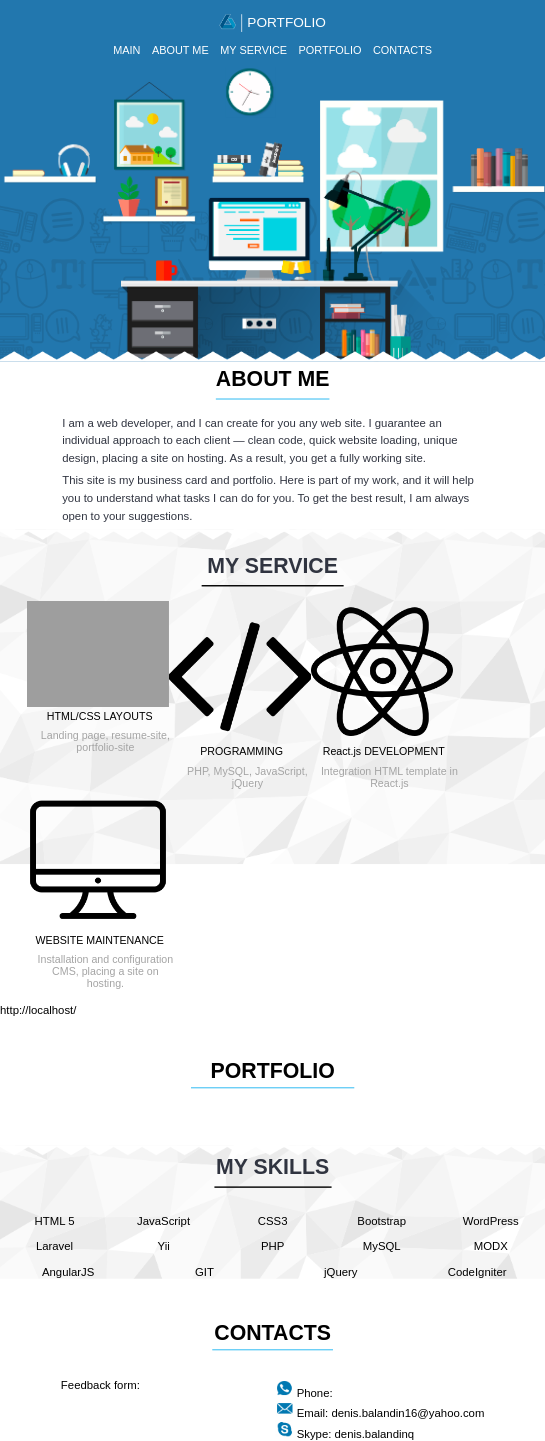
Repository: DenisBalandin/Portfolio
Page: /
The author's editor kept a copy of each file at every save. The page is drawn from the files as they stood at one save, then again after the next save.
The browser window is 768 px wide. The pictures show the whole page, at 71% of full size.
Pictures or frames that could not be fetched are drawn as grey boxes. The page's requests for data from a server got no answer. The project was rebuilt for these pictures with package versions that can differ from the ones it lists, and the page was loaded fresh each time. No one was signed in, and anything a server would have sent is missing. Also part of the build but not shown: src/ItemPage.js.

Above is the page before, as saved 2020-03-07 16:14:20.

After the next save:
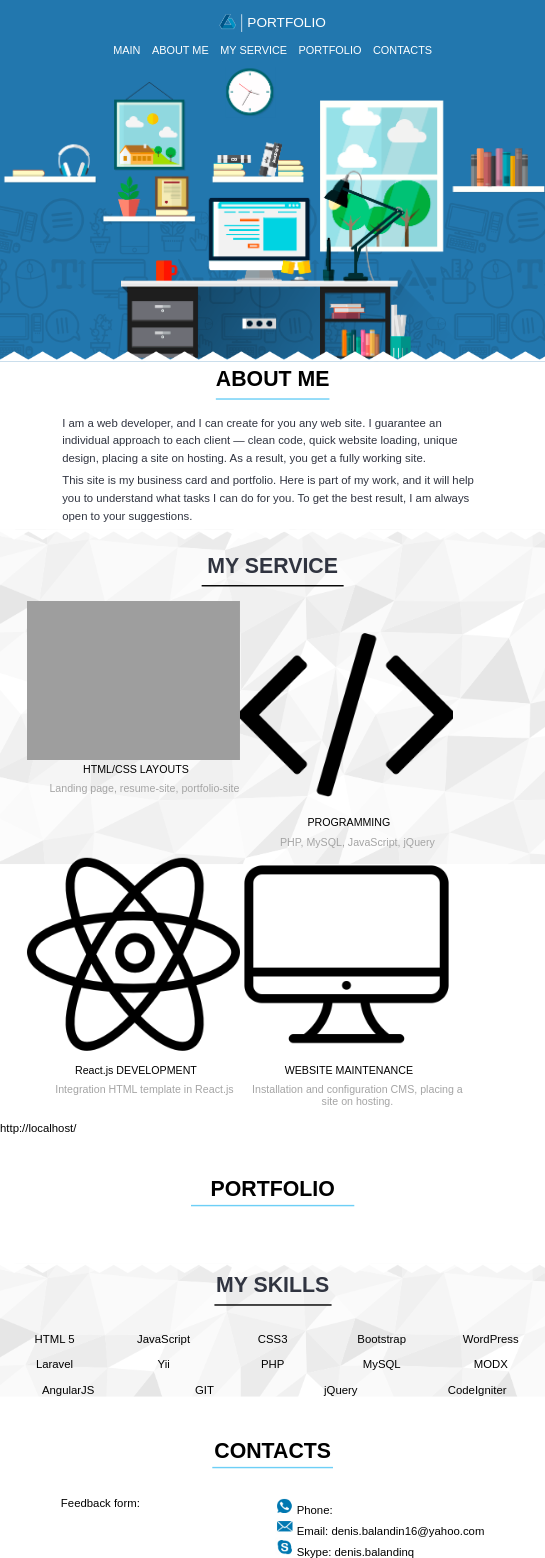
Saved 8 s later.
--- a/src/style.scss
+++ b/src/style.scss
@@ -439,7 +439,7 @@
         width: 90%!important;
         flex-wrap: wrap;
         div{
-             width: 200px!important;
+             width: 300px!important;
             // text-align: center;
             .text_img{
                 // display: none;
